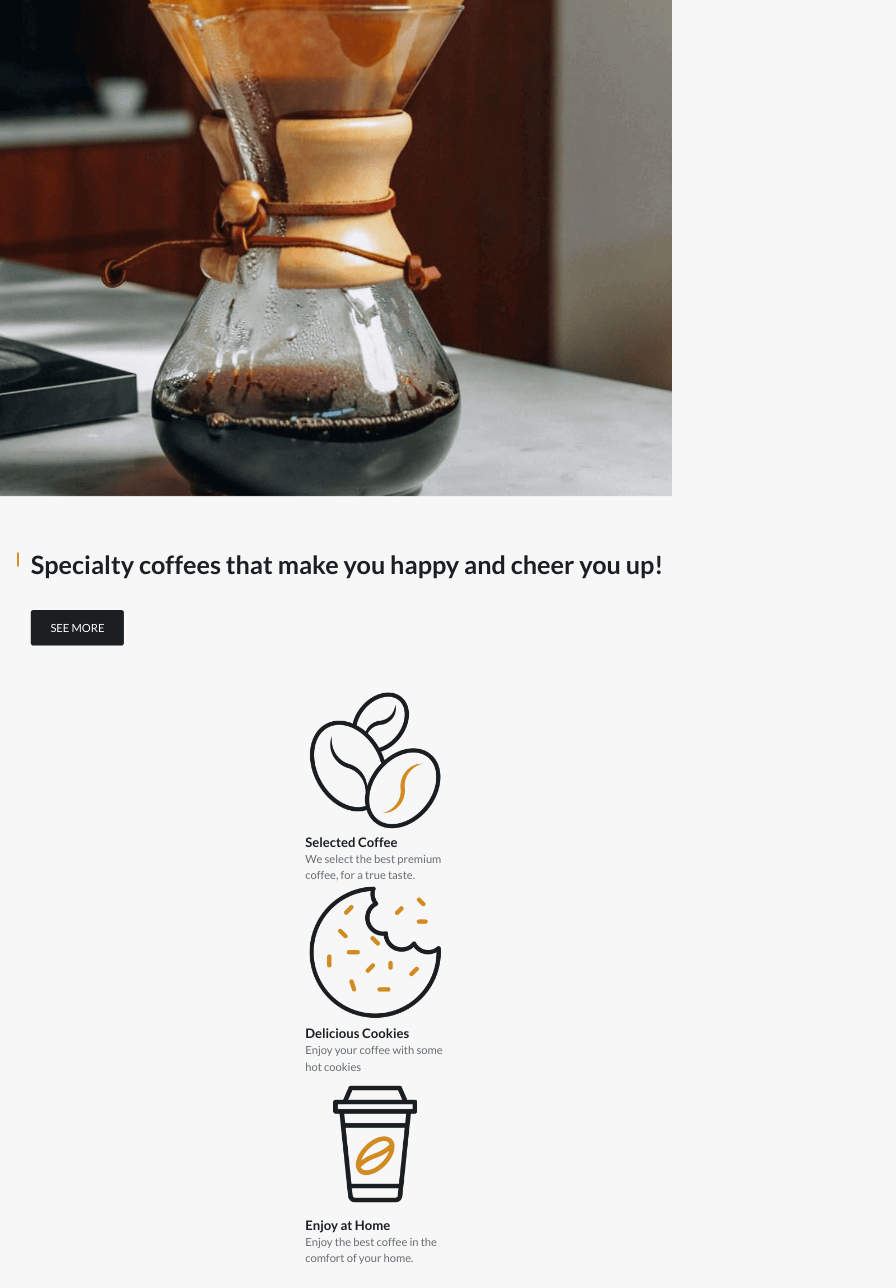
Repository: phong121020/coffee-responsive
Page: index.html
An editor plug-in stored every save of this project. The page is shown before and after the next save, followed by the edit.
The browser window is 1280 px wide. The pictures show the part of the page from y = 826 to 2746 px (the page is 2666 px tall before and 2746 px after), at 70% of full size.

Above is the page before, as saved 2022-03-06 19:00:28.

After the next save:
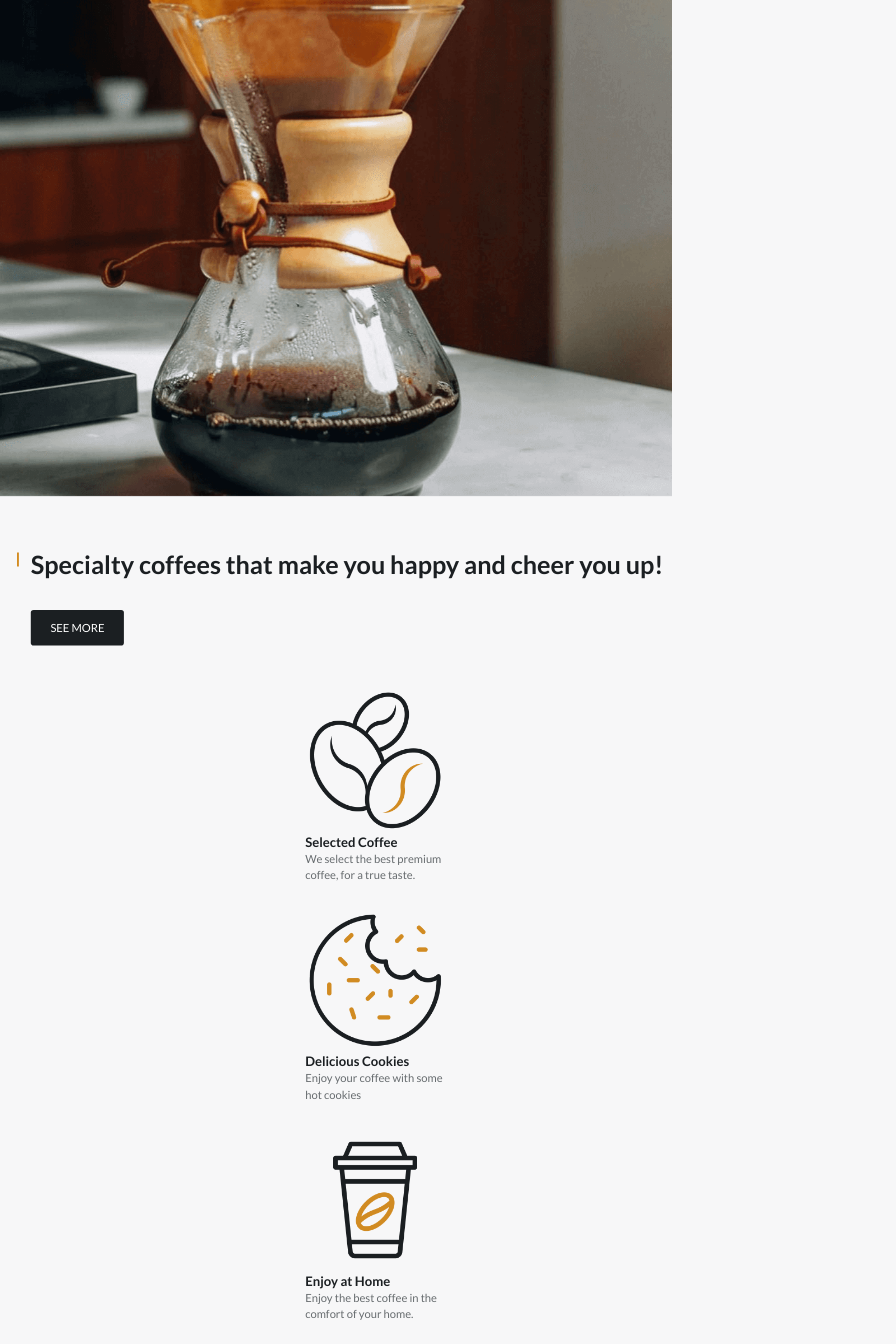
Saved 20 s later.
--- a/assets/css/style.css
+++ b/assets/css/style.css
@@ -297,4 +297,5 @@ button {
   display: grid;
   grid-template-columns: 200px;
   justify-content: center;
-}
+  row-gap: 2.5rem;
+}
